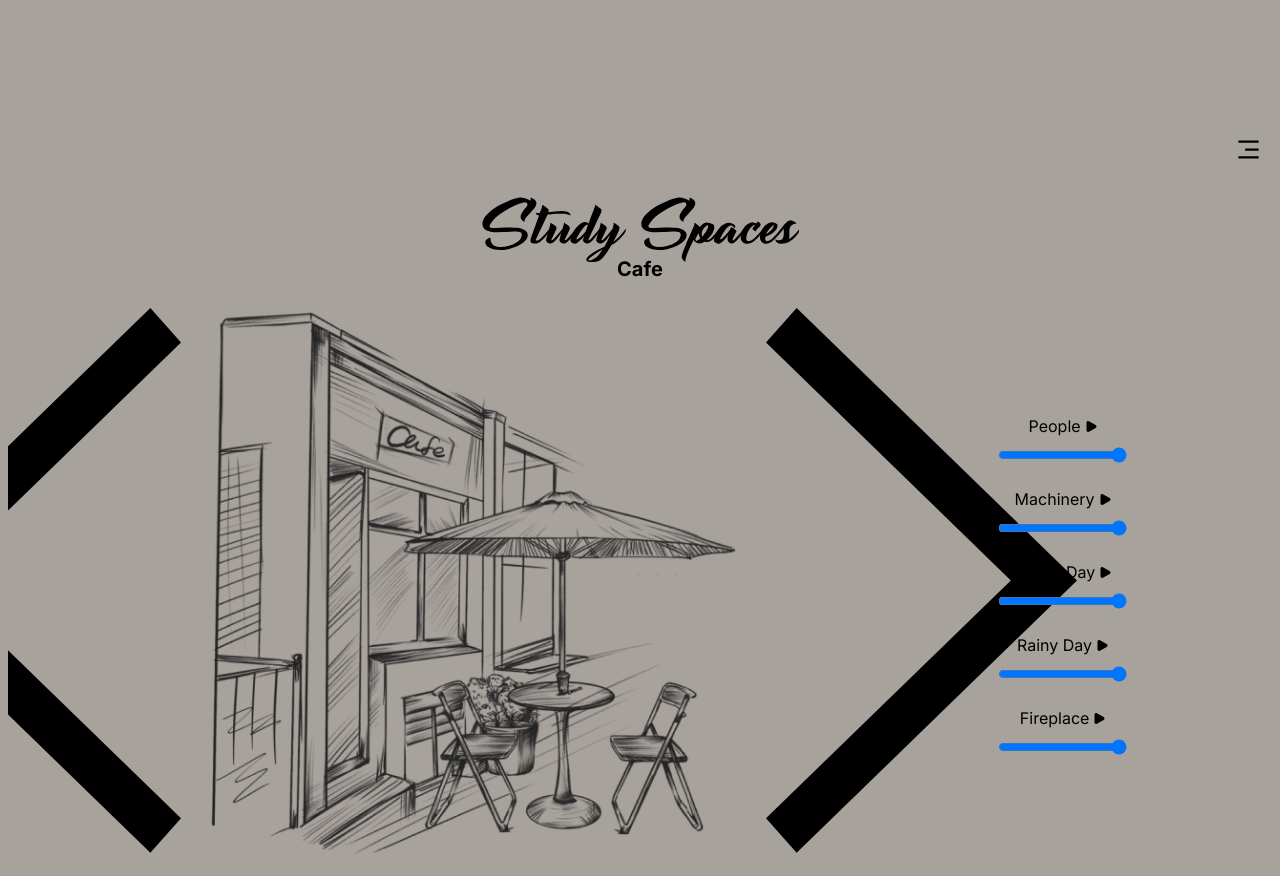
Repository: kaitlynlie/studyspaces
Page: / (app in studyspaces/)
The author's editor kept a copy of each file at every save. The page is drawn from the files as they stood at one save, then again after the next save.
The browser window is 1280 px wide. The pictures show the whole page.
The project was rebuilt for these pictures with package versions that can differ from the ones it lists, and the page was loaded fresh each time. Also part of the build but not shown: studyspaces/vite.config.ts. Imported but missing from the stored project, and not drawn on this page: studyspaces/src/audio/fireplace.wav, studyspaces/src/audio/people.wav, studyspaces/src/audio/rain.wav, studyspaces/src/audio/softmachinery.mp3, studyspaces/src/audio/sun.wav.

Above is the page before, as saved 2023-09-28 23:57:54.

### studyspaces/index.html
<!DOCTYPE html>
<html lang="en">
  <head>
    <meta charset="UTF-8" />
    <link rel="icon" type="image/svg+xml" href="/vite.svg" />
    <meta name="viewport" content="width=device-width, initial-scale=1.0" />
    <title>Study Spaces</title>
  </head>
  <body>
    <div id="root"></div>
    <script type="module" src="/src/main.tsx"></script>
  </body>
</html>

### studyspaces/src/main.tsx
import React from 'react'
import ReactDOM from 'react-dom/client'
import App from './App'
import './index.scss'
import { BrowserRouter } from 'react-router-dom'

ReactDOM.createRoot(document.getElementById('root')!).render(
  <BrowserRouter>
    <App />
  </BrowserRouter>,
)

### studyspaces/src/App.tsx
import clsx from "clsx";
import { Route, Routes } from 'react-router-dom'
import React from "react";
import { Home } from "./pages/Home";
import { Navbar } from "./pages";

function App() {
  return (
    <>
      <div className={clsx("app", "w-full overflow-hidden")}>
          {/* <img
            src={tracks}
            alt='tracks'
            className={clsx(styles.tracks)}
          />  */}
        <Navbar />
        <Routes>
          <Route index path="/" element={<Home />} />
          {/* <Route path="about" element={<About />} />
          <Route path="membership" element={<Membership />} />
          <Route path="faq" element={<FAQ />} />
          <Route path="blog" element={<Blog />} />
          <Route path="careers" element={<Careers />} />
          <Route path='blog2' element={<Blog2 />} /> */}
      </Routes>
      </div>
    </>
  )
  }

export default App;

### studyspaces/src/index.scss
@import url("https://fonts.googleapis.com/css2?family=Inter:wght@400;500;600;700;800;900&display=swap");
// @import "./style/globals/general.scss";

@tailwind base;
@tailwind components;
@tailwind utilities;

:root {
  font-family: Inter;
  overflow-x: hidden;
}

@keyframes jump {
  0%, 100% {
    transform: translateY(0);
  }
  50% {
    transform: translateY(-20px);
  }
}

.jumping-word {
  display: inline-block;
  animation: jump 1s infinite;
}

### studyspaces/src/pages/Home.tsx
import styles from "./home.module.scss";
import clsx from "clsx";
import { title, coffee, leftarrow, rightarrow, play, pause } from "../assets";
import React, { ChangeEvent, useState, useRef } from 'react';
import { people, machinery, sunny, rainy, fire } from "../audio";
import { Navbar } from ".";
import { Link } from 'react-router-dom'
import { RiMenu3Line, RiCloseLine } from 'react-icons/ri';

export function Home() {
  const [sliderValues, setSliderValues] = useState({
    peopleVolumeSlider: 1,
    machVolumeSlider: 1,
    sunnyVolumeSlider: 1,
    rainyVolumeSlider: 1,
    fireVolumeSlider: 1,
  });

  const handleSliderChange = (event: ChangeEvent<HTMLInputElement>) => {
    const { id, value } = event.target;
    setSliderValues((prevValues) => ({
      ...prevValues,
      [id]: parseFloat(value),
    }));
  };

  const [isPlaying, setIsPlaying] = useState<AudioState>({});

  interface AudioState {
    [key: string]: boolean;
  }

  const handlePlayButtonClick = (audioId: string) => {
    setIsPlaying((prevState) => ({
      ...prevState,
      [audioId]: !prevState[audioId] || !prevState[audioId],
    }));
  };

  const [toggleMenu, setToggleMenu] = useState(false);
  const [nav, setNav] = useState(false);

  const openNav = () => {
    setNav(!nav);
  };

  return (
    <div className={clsx(styles.body)}>
        <section className={clsx(styles.home)}>
          <div className={clsx(styles.header)}>
            <div className={clsx(styles.studyspaces)}>
              <img src={title} className={clsx(styles.title)}/>
            </div>
          </div>
            <h4>Cafe</h4>
            <div className={clsx(styles.content)}>
              <div className={clsx(styles.hero)}>
                <img id="leftArrow" src={leftarrow} />
                <img src={coffee} className={clsx(styles.coffee)} />
                <img id="rightArrow" src={rightarrow} />
              </div>

              <div className={clsx(styles.audiolist)}>
                <div className={clsx(styles.audio)}>
                  <div className={clsx(styles.title)}>
                    <p>People</p>
                    <img
                      src={play}
                      width="11"
                      height="11"
                      id="peoplePlayButton"
                      onClick={() => handlePlayButtonClick("peopleAudioPlayer")}                    />
                  </div>
                  <audio id="peopleAudioPlayer">
                    <source src={people} type="audio/wav" />
                  </audio>
                  <input
                    type="range"
                    id="peopleVolumeSlider"
                    min={0}
                    max={1}
                    step={0.1}
                    value={sliderValues.peopleVolumeSlider}
                    onChange={handleSliderChange}
                  />
                </div>

                <div className={clsx(styles.audio)}>
                  <div className={clsx(styles.title)}>
                    <p>Machinery</p>
                    <img
                      src={play}
                      width="11"
                      height="11"
                      id="machPlayButton"
                      onClick={() => handlePlayButtonClick("machAudioPlayer")}
                    />
                  </div>
                  <audio id="machAudioPlayer">
                    <source src={machinery} type="audio/mp3" />
                  </audio>
                  <input
                    type="range"
                    id="machVolumeSlider"
                    min={0}
                    max={1}
                    step={0.1}
                    value={sliderValues.machVolumeSlider}
                    onChange={handleSliderChange}
                  />
                </div>

                <div className={clsx(styles.audio)}>
                  <div className={clsx(styles.title)}>
                    <p>Sunny Day</p>
                    <img
                      src={play}
                      width="11"
                      height="11"
                      id="sunnyPlayButton"
                      onClick={() => handlePlayButtonClick("sunnyAudioPlayer")}
                    />
                  </div>
                  <audio id="sunnyAudioPlayer">
                    <source src={sunny} type="audio/wav" />
                  </audio>
                  <input
                    type="range"
                    id="sunnyVolumeSlider"
                    min={0}
                    max={1}
                    step={0.1}
                    value={sliderValues.sunnyVolumeSlider}
                    onChange={handleSliderChange}
                  />
                </div>

                <div className={clsx(styles.audio)}>
                  <div className={clsx(styles.title)}>
                    <p>Rainy Day</p>
                    <img
                      src={play}
                      width="11"
                      height="11"
                      id="rainyPlayButton"
                      onClick={() => handlePlayButtonClick("rainyAudioPlayer")}
                    />
                  </div>
                  <audio id="rainyAudioPlayer">
                    <source src={rainy} type="audio/wav" />
                  </audio>
                  <input
                    type="range"
                    id="rainyVolumeSlider"
                    min={0}
                    max={1}
                    step={0.1}
                    value={sliderValues.rainyVolumeSlider}
                    onChange={handleSliderChange}
                  />
                </div>

                <div className={clsx(styles.audio)}>
                  <div className={clsx(styles.title)}>
                    <p>Fireplace</p>
                    <img
                      src={play}
                      width="11"
                      height="11"
                      id="firePlayButton"
                      onClick={() => handlePlayButtonClick("fireAudioPlayer")}
                    />
                  </div>
                  <audio id="fireAudioPlayer">
                    <source src={fire} type="audio/wav" />
                  </audio>
                  <input
                    type="range"
                    id="fireVolumeSlider"
                    min={0}
                    max={1}
                    step={0.1}
                    value={sliderValues.fireVolumeSlider}
                    onChange={handleSliderChange}
                  />
                </div>
              </div>
            </div>
        </section>
    </div>
  );
}

### studyspaces/src/pages/index.ts
import Navbar from "./Navbar";

export {
    Navbar
}

### studyspaces/src/pages/home.module.scss
body {
    background-color: rgb(168, 162, 157);
    section.home {
        padding: 10px;
        display: flex;
        flex-direction: column;
        justify-content: center;
        align-items: center;
        overflow-y: hidden;
        .header {
          display: flex;
          justify-content: space-between;
          align-items: center;
          .studyspaces {
            display: flex;
            justify-content: center;
            align-items: center;
            .title {
              margin-top: 20px;
            }
          }
          .toggle {
            margin-top: -20px;
            cursor: pointer;
            z-index: 10;
            display: flex;
            justify-content: flex-end;
            text-align: end;
            .box {
              display: flex;
              justify-content: flex-end;
              align-items: flex-end;
              flex-direction: column;
              text-align: end;
              background-color: #ffffffc9;
              padding: 30px;
              position: absolute;
              top: 40px;
              right: 10px;
              border-radius: 5px;
              box-shadow: 0 10px 20px 0 rgba(0, 0, 0, 0.5);
              z-index: 10;
              .dropdown {
                display: flex;
                justify-content: flex-end;
                align-items: flex-end;
                flex-direction: column;
                color: white;
                text-align: end;
                padding: 1px;
                li {
                  margin-top: 8px;
                  list-style-type: none;
                  text-decoration: none;
                  color: black;
                  a {
                    text-decoration: none;
                    color: black;
                  }
                }
              }
            }
          }
        }
        h4 {
            text-align: center;
            font-size: 20px;
            font-weight: 700;
            margin-top: -5px;
        }
        .content {
            display: flex;
            justify-content: space-between;
            gap: 200px;
            transition: gap 0.3s ease;
            // @media (max-width: 1089px) {
            //     gap: 50px;
            // }
            // @media (max-width: 919px) {
            //   flex-direction: column;
            // }
            .hero {
                display: flex;
                justify-content: center;
                gap: 30px;
                .coffee {
                    max-width: 550px;
                    max-height: 550px;
                    width: 100%;
                    height: 100%;
                    @media (max-width: 664px) {
                        max-width: 300px;
                        max-height: 300px;
                    }
                }
            }
            .audiolist {
                display: flex;
                flex-direction: column;
                align-items: center;
                justify-content: center;
                .audio {
                    display: flex;
                    flex-direction: column;
                    justify-content: center;
                    align-items: center;
                    .title {
                        display: flex;
                        flex-direction: row;
                        justify-content: center;
                        align-items: center;
                        gap: 5px;
                        img {
                            cursor: pointer;
                        }
                        .custom-range-slider {
                            appearance: none;
                            width: 100%;
                            height: 8px;
                            border-radius: 5px;
                            background-color: black;
                            outline: none;
                          }

                          .custom-range-slider::-webkit-slider-thumb {
                            appearance: none;
                            width: 16px;
                            height: 16px;
                            border-radius: 50%;
                            background-color: white;
                            cursor: pointer;
                          }

                          .custom-range-slider::-moz-range-thumb {
                            width: 16px;
                            height: 16px;
                            border-radius: 50%;
                            background-color: white;
                            cursor: pointer;
                          }

                          .custom-range-slider::-ms-thumb {
                            width: 16px;
                            height: 16px;
                            border-radius: 50%;
                            background-color: white;
                            cursor: pointer;
                          }
                        #peopleVolumeSlider {
                            -webkit-appearance: none;
                            appearance: none;
                            width: 100%;
                            height: 5px;
                            background-color: black; /* Set the default color of the track/bar */
                            outline: none;
                            position: relative;
                          }

                          #peopleVolumeSlider::-webkit-slider-thumb {
                            -webkit-appearance: none;
                            appearance: none;
                            width: 12px;
                            height: 12px;
                            background-color: black; /* Set the color of the slider thumb */
                            cursor: pointer;
                            border-radius: 50%;
                            position: relative;
                            z-index: 1;
                          }

                          #sunnyVolumeSlider {
                            -webkit-appearance: none;
                            appearance: none;
                            width: 100%;
                            height: 5px;
                            background-color: black; /* Set the default color of the track/bar */
                            outline: none;
                            position: relative;
                          }

                          #sunnyVolumeSlider::-webkit-slider-thumb {
                            -webkit-appearance: none;
                            appearance: none;
                            width: 12px;
                            height: 12px;
                            background-color: black; /* Set the color of the slider thumb */
                            cursor: pointer;
                            border-radius: 50%;
                            position: relative;
                            z-index: 1;
                          }

                          #rainyVolumeSlider {
                            -webkit-appearance: none;
                            appearance: none;
                            width: 100%;
                            height: 5px;
                            background-color: black; /* Set the default color of the track/bar */
                            outline: none;
                            position: relative;
                          }

                          #rainyVolumeSlider::-webkit-slider-thumb {
                            -webkit-appearance: none;
                            appearance: none;
                            width: 12px;
                            height: 12px;
                            background-color: black; /* Set the color of the slider thumb */
                            cursor: pointer;
                            border-radius: 50%;
                            position: relative;
                            z-index: 1;
                          }

                          #machVolumeSlider {
                            -webkit-appearance: none;
                            appearance: none;
                            width: 100%;
                            height: 5px;
                            background-color: black; /* Set the default color of the track/bar */
                            outline: none;
                            position: relative;
                          }

                          #machVolumeSlider::-webkit-slider-thumb {
                            -webkit-appearance: none;
                            appearance: none;
                            width: 12px;
                            height: 12px;
                            background-color: black; /* Set the color of the slider thumb */
                            cursor: pointer;
                            border-radius: 50%;
                            position: relative;
                            z-index: 1;
                          }

                          #fireVolumeSlider {
                            -webkit-appearance: none;
                            appearance: none;
                            width: 100%;
                            height: 5px;
                            background-color: black; /* Set the default color of the track/bar */
                            outline: none;
                            position: relative;
                          }

                          #fireVolumeSlider::-webkit-slider-thumb {
                            -webkit-appearance: none;
                            appearance: none;
                            width: 12px;
                            height: 12px;
                            background-color: black; /* Set the color of the slider thumb */
                            cursor: pointer;
                            border-radius: 50%;
                            position: relative;
                            z-index: 1;
                          }
                    }
                    input {
                        margin-top: -5px;
                        margin-bottom: 10px
                    }
                }
            }
        }
    }
}

### studyspaces/src/assets/index.ts
import title from './title.svg'
import coffee from './coffee.png'
import leftarrow from './leftarrow.svg'
import rightarrow from './rightarrow.svg'
import play from './play.svg'
import pause from './pause.svg'

export {
    title,
    coffee,
    leftarrow,
    rightarrow,
    play,
    pause
}

### studyspaces/src/audio/index.ts
import people from './people.wav'
import machinery from './softmachinery.mp3'
import sunny from './sun.wav'
import rainy from './rain.wav'
import fire from './fireplace.wav'

export {
    people,
    machinery,
    sunny,
    rainy,
    fire
}

### studyspaces/src/pages/Navbar.tsx
import React from 'react'
import styles from './Navbar.module.scss'
import clsx from 'clsx'
import { title } from '../assets'
import { Link } from 'react-router-dom'
import { useState } from 'react'
import { RiMenu3Line, RiCloseLine } from 'react-icons/ri';

const Navbar = () => {
  const [toggleMenu, setToggleMenu] = useState(false);
  const [nav, setNav] = useState(false);

  const openNav = () => {
    setNav(!nav);
  };

  return (
    <nav className={clsx(styles.navbar)}>
    <div className={clsx(styles.toggle)}>
        {toggleMenu
          ? <RiCloseLine color="#000" size={27} onClick={() => setToggleMenu(false)} />
          : <RiMenu3Line color="#000" size={27} onClick={() => setToggleMenu(true)} />}
        {toggleMenu && (
        <div className={clsx(styles.box)}>
          <div className="none">
            <ul className={clsx(styles.dropdown)}>
            <Link onClick={openNav} to='/'><li><a>Home</a></li></Link>
            <Link onClick={openNav} to='/about'><li><a>About</a></li></Link>
            <Link onClick={openNav} to='/membership'><li><a>Todo</a></li></Link>
            <Link onClick={openNav} to='/faq'><li><a>Timer</a></li></Link>
            </ul>
          </div>
        </div>
        )}
        </div>
  </nav>
  )
}

export default Navbar

### studyspaces/src/pages/Navbar.module.scss
nav.navbar {
  margin-top: 136px;
  display: flex;
  flex-direction: row;
  align-items: center;
  justify-content: flex-end;
  .toggle {
      color: black;
      z-index: 10;
      margin-right: 10px;
      .dropdown {
          margin-top: 1rem;
          display: flex;
          justify-content: flex-end;
          align-items: flex-end;
          text-align: flex-end;
          background-color: rgba(255, 255, 255, 0.918);
          position: absolute;
          top: 50px;
          right: 10px;
          border-radius: 5px;
          z-index: 10;
          ul {
              display: flex;
              justify-content: flex-end;
              align-items: flex-end;
              flex-direction: column;
              color: black;
              text-align: end;
              padding: 1rem 2rem;
              a {
                  color: black;
                  z-index: 11;
                  align-self: flex-end;
                  margin-right: auto;
              }
          }
      }
  }
}

After the next save:
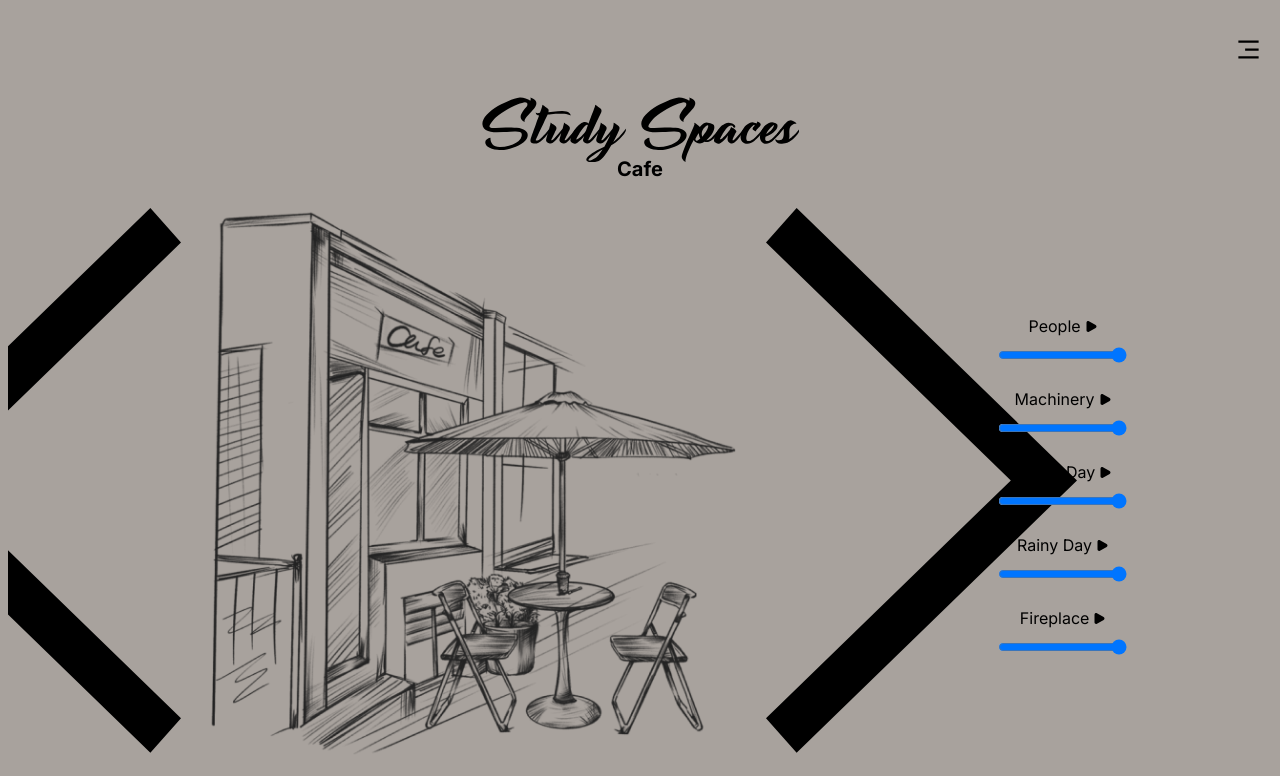
Saved 6 s later.
--- a/studyspaces/src/pages/Navbar.module.scss
+++ b/studyspaces/src/pages/Navbar.module.scss
@@ -1,5 +1,5 @@
 nav.navbar {
-  margin-top: 136px;
+  margin-top: 36px;
   display: flex;
   flex-direction: row;
   align-items: center;
